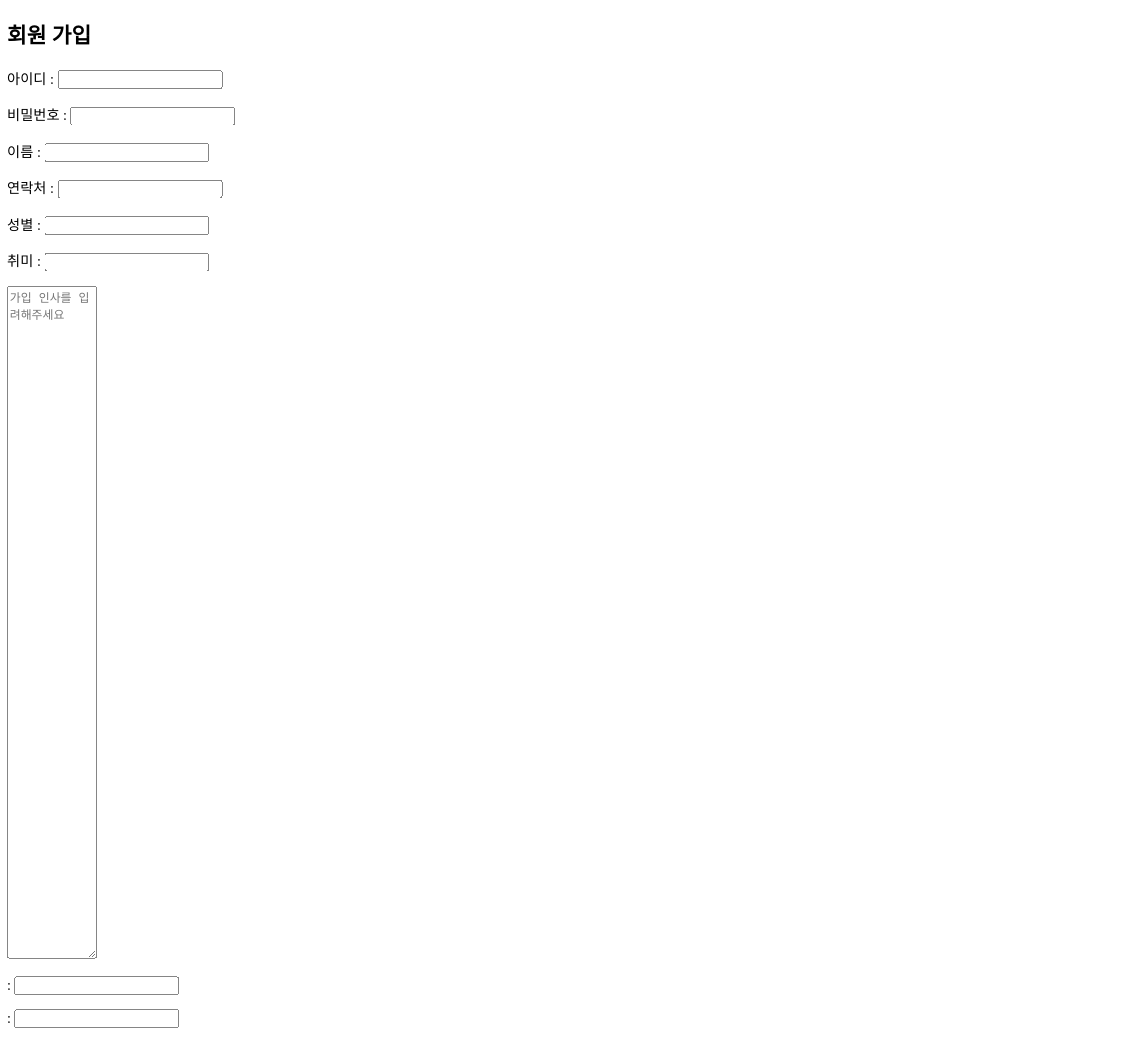
Repository: suinautant/learnCode
Page: http://localhost/JSPBook/ch05/test/register01.jsp
These files come from the project's save history. The page is drawn as it stood at one moment and after the next save; the edit follows.
The browser window is 1280 px wide. The pictures show the whole page, at 89% of full size.
The page is served by Tomcat 9.

Above is the page before, as saved 2021-07-01 05:27:21.

After the next save:
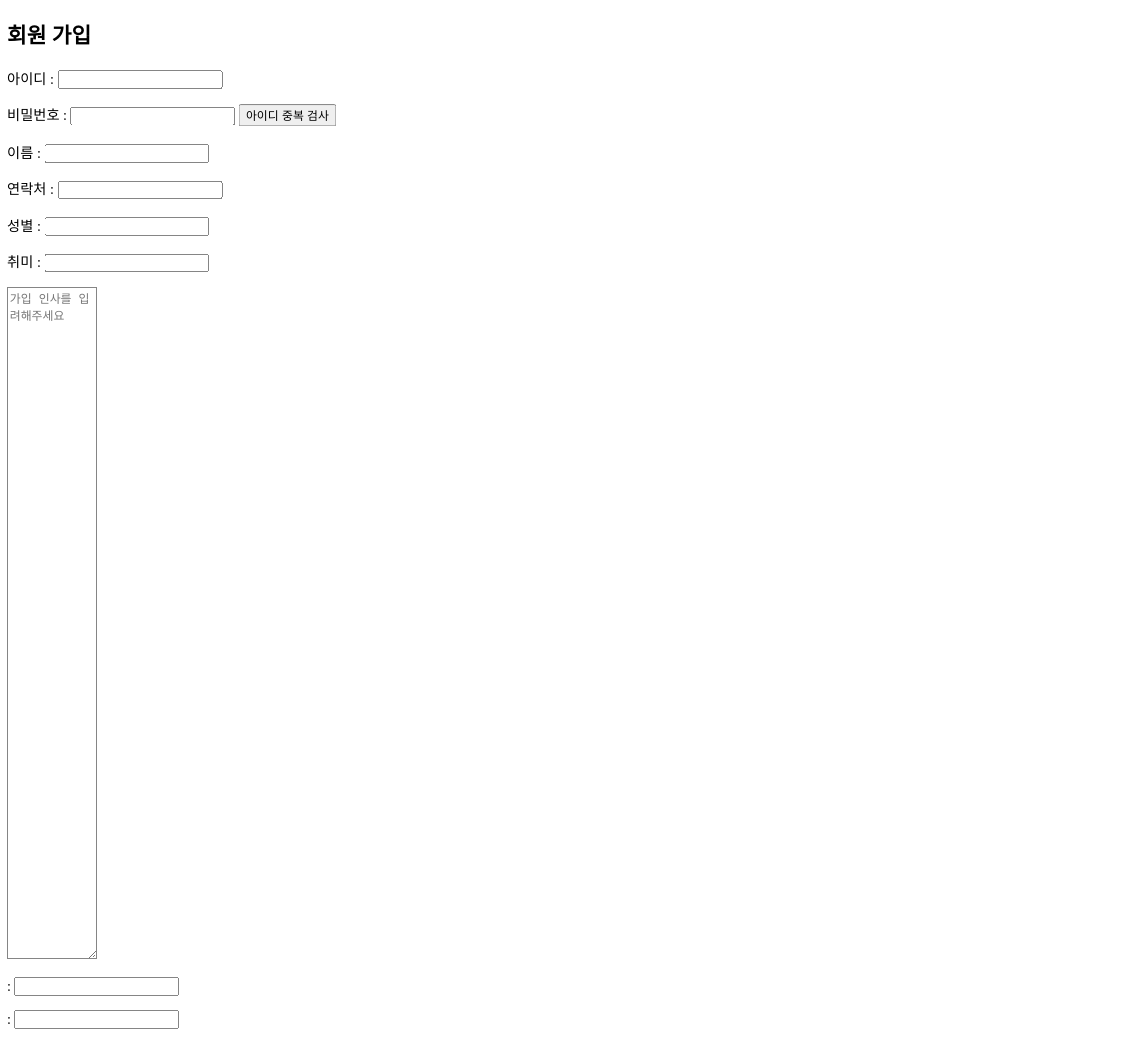
Saved 34 s later.
--- a/jsp/JSPBook/WebContent/ch05/test/register01.jsp
+++ b/jsp/JSPBook/WebContent/ch05/test/register01.jsp
@@ -10,7 +10,10 @@
 <h2>회원 가입</h2>
 <form action="register01_action.jsp" method="get" >
 <p>아이디 : <input type="text" name="id" /></p>
-<p>비밀번호 : <input type="password" name="passwd" /></p>
+<p>
+비밀번호 : <input type="password" name="passwd" />
+<input type="button" value="아이디 중복 검사" />
+</p>
 <p>이름 : <input type="text" name="name" /></p>
 <p>연락처 : <input type="text" name="name" /></p>
 <p>성별 : <input type="text" name="name" /></p>
